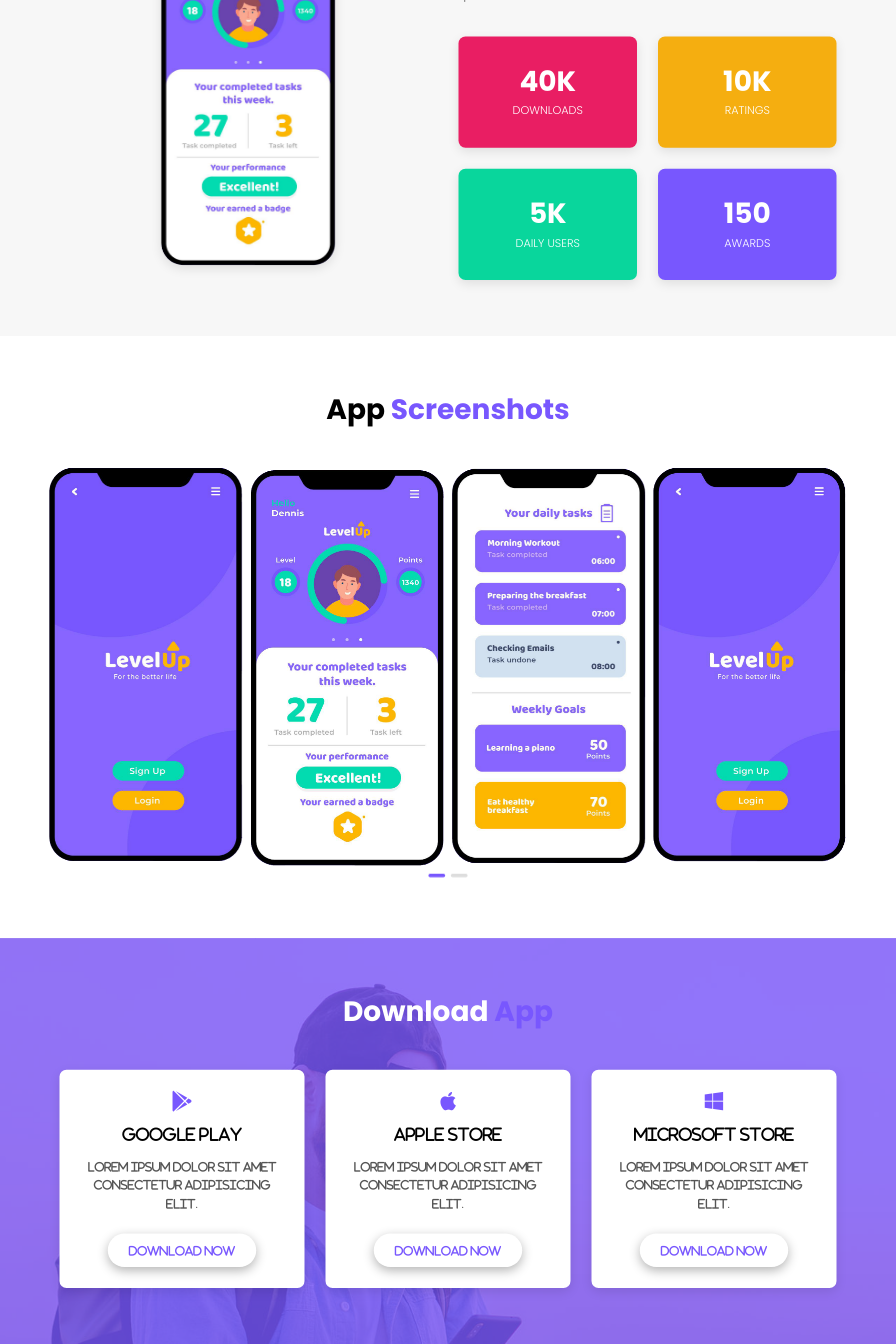
Repository: Mohamed-Hema/Shala-App
Page: index.html
These files come from the project's save history. The page is drawn as it stood at one moment and after the next save; the edit follows.
The browser window is 1280 px wide. The pictures show the part of the page from y = 1653 to 3573 px (the page is 3573 px tall), at 70% of full size.
Backgrounds fixed to the window are drawn as part of the page. Some web libraries are served in a nearby version.

Above is the page before, as saved 2021-02-21 21:40:18.

### index.html
<!DOCTYPE html>
<html lang="zxx">
<head>
  <title>Shala - App Landing Page</title>
  <meta charset="utf-8">
  <meta name="viewport" content="width=device-width, initial-scale=1">
  <!-- owl carousel css -->
  <link rel="stylesheet" href="css/owl.carousel.min.css">
  <!-- font awesome icons -->
  <script src="https://kit.fontawesome.com/794108ad0e.js" crossorigin="anonymous"></script>
  <!-- bootstrap css -->
  <link rel="stylesheet" href="css/bootstrap.min.css">
  <!-- main css -->
  <link rel="stylesheet" href="css/style.css">
</head>
<body>

  <!-- Start NavBar -->
  <nav class="navbar navbar-expand-md fixed-top">
    <div class="container">
      <!-- Brand -->
      <a class="navbar-brand" href="#">Shala App</a>

      <!-- Toggler/collapsibe Button -->
      <button class="navbar-toggler" type="button" data-toggle="collapse" data-target="#collapsibleNavbar">
        <span class="navbar-toggler-icon"></span>
      </button>

      <!-- Navbar links -->
      <div class="collapse navbar-collapse" id="collapsibleNavbar">
        <ul class="navbar-nav ml-auto">
          <li class="nav-item">
            <a class="nav-link active" href="#">Home</a>
          </li>
          <li class="nav-item">
            <a class="nav-link" href="#">Features</a>
          </li>
          <li class="nav-item">
            <a class="nav-link" href="#">Screenshots</a>
          </li>
          <li class="nav-item">
            <a class="nav-link" href="#">Testimonials</a>
          </li>
          <li class="nav-item">
            <a class="nav-link" href="#">Pricing</a>
          </li>
          <li class="nav-item">
            <a class="nav-link" href="#">Contact</a>
          </li>
        </ul>
      </div>
    </div>
  </nav>

  <!-- End NavBar -->
  <!-- Start Home Section -->
  <section class="home d-flex align-items-center">
    <div class="effect-wrap">
      <i class="fas fa-plus effect effect-1"></i>
      <i class="fas fa-plus effect effect-2"></i>
      <i class="fas fa-circle-notch effect effect-3"></i>
    </div>
    <div class="container">
      <div class="row align-items-center">
        <div class="col-md-7">
          <div class="home-text">
            <h1>Best Mobile App Template for your Business</h1>
            <p>Lorem, ipsum dolor sit amet consectetur adipisicing elit. Ratione soluta, expedita explicabo culpa et vero. Cumque facere harum aliquid.</p>
            <div class="home-btn">
              <a href="#" class="btn btn-1">Download App</a>
              <button type="button" class="btn btn-1 video-play-btn">
                <i class="fas fa-play"></i>
              </button>
            </div>
          </div>
        </div>
        <div class="col-md-5 text-center">
          <div class="home-img">
            <div class="circle"></div>
            <img src="img/app-screenshots/1.png" alt="First App Screen">
          </div>
        </div>
      </div>
    </div>
  </section>
  <!-- End Home Section -->
  <!-- Start Video PopUp -->
  <div class="video-popup">
    <div class="video-popup-inner">
      <i class="fas fa-times video-popup-close"></i>
      <div class="iframe-box">
        <iframe id="player-1" src="https://www.youtube.com/embed/o1eY1MPcRQs" allow="accelerometer; autoplay; clipboard-write; encrypted-media; gyroscope; picture-in-picture" allowfullscreen></iframe>
      </div>
    </div>
  </div>
  <!-- End Video PopUP -->
  <!-- Start Features Section -->
  <section class="features section-padding">
    <div class="container">
      <div class="row justify-content-center">
        <div class="col-lg-8">
          <div class="section-title">
            <h2>Awesome <span>Features</span></h2>
          </div>
        </div>
      </div>
      <div class="row">
        <div class="owl-carousel features-carousel">
          <div class="feature-item">
            <div class="icon"><i class="fas fa-code"></i></div>
            <h3>Clean Code</h3>
            <p>Lorem ipsum dolor sit amet consectetur adipisicing elit. Delectus doloremque rerum omnis ratione! Voluptatum minima dicta alias.</p>
          </div>
          <div class="feature-item">
            <div class="icon"><i class="fas fa-edit"></i></div>
            <h3>Auto Install System</h3>
            <p>Lorem ipsum dolor sit amet consectetur adipisicing elit. Delectus doloremque rerum omnis ratione! Voluptatum minima dicta alias.</p>
          </div>
          <div class="feature-item">
            <div class="icon"><i class="fas fa-code"></i></div>
            <h3>Beautiful Code</h3>
            <p>Lorem ipsum dolor sit amet consectetur adipisicing elit. Delectus doloremque rerum omnis ratione! Voluptatum minima dicta alias.</p>
          </div>
          <div class="feature-item">
            <div class="icon"><i class="fas fa-check"></i></div>
            <h3>Fast Load App</h3>
            <p>Lorem ipsum dolor sit amet consectetur adipisicing elit. Delectus doloremque rerum omnis ratione! Voluptatum minima dicta alias.</p>
          </div>
          <div class="feature-item">
            <div class="icon"><i class="fas fa-desktop"></i></div>
            <h3>Responsive Design</h3>
            <p>Lorem ipsum dolor sit amet consectetur adipisicing elit. Delectus doloremque rerum omnis ratione! Voluptatum minima dicta alias.</p>
          </div>

        </div>
      </div>
    </div>
  </section>

  <!-- End Features Section -->
  <!-- Start Fun Facts Section -->
  <section class="fun-facts section-padding">
    <div class="container">
      <div class="row">
        <div class="col-lg-6 col-md-5 d-flex align-items-center justify-content-center">
          <div class="fun-facts-img">
            <img src="img/app-screenshots/2.png" alt="Fun Facts">
          </div>
        </div>
        <div class="col-lg-6 col-md-7">
          <div class="section-title">
            <h2>Fun <span>Facts</span></h2>
          </div>
          <div class="fun-facts-text">
            <p>Lorem ipsum dolor sit amet consectetur adipisicing elit. At excepturi quibusdam id nisi reiciendis.</p>
            <div class="row">
              <div class="col-sm-6">
                <div class="fun-fact-item style-1">
                  <h3>40K</h3>
                  <span>Downloads</span>
                </div>
              </div>
              <div class="col-sm-6">
                <div class="fun-fact-item style-2">
                  <h3>10K</h3>
                  <span>Ratings</span>
                </div>
              </div>
              <div class="col-sm-6">
                <div class="fun-fact-item style-3">
                  <h3>5K</h3>
                  <span>daily users</span>
                </div>
              </div>
              <div class="col-sm-6">
                <div class="fun-fact-item style-4">
                  <h3>150</h3>
                  <span>Awards</span>
                </div>
              </div>
            </div>
            </div>
          </div>
        </div>
      </div>
    </div>
  </section>

  <!-- End Fun Facts Section -->
  <!-- Start App Screenshots Section -->
  <section class="app-screenshots section-padding">
    <div class="container">
      <div class="row justify-content-center">
        <div class="col-lg-8">
          <div class="section-title">
            <h2>App <span>Screenshots</span></h2>
          </div>
        </div>
      </div>
      <div class="row">
        <div class="owl-carousel screensots-carousel">
          <div class="screenshots-item">
            <img src="img/app-screenshots/1.png" alt="Screenshot">
          </div>
          <div class="screenshots-item">
            <img src="img/app-screenshots/2.png" alt="Screenshot">
          </div>
          <div class="screenshots-item">
            <img src="img/app-screenshots/3.png" alt="Screenshot">
          </div>
          <div class="screenshots-item">
            <img src="img/app-screenshots/1.png" alt="Screenshot">
          </div>
          <div class="screenshots-item">
            <img src="img/app-screenshots/2.png" alt="Screenshot">
          </div>

        </div>
      </div>
    </div>
  </section>

  <!-- End App Screenshots Section -->
  <!-- Start App Downlaod Section -->
  <section class="app-download section-padding">
    <div class="container">
      <div class="row justify-content-center">
        <div class="col-lg-8">
          <div class="section-title">
            <h2>Download <span>App</span></h2>
          </div>
        </div>
      </div>
      <div class="row justify-content-center">
        <div class="col-lg-4 col-md-6">
          <div class="app-download-item">
            <i class="fab fa-google-play">
              <h3>Google Play</h3>
              <p>Lorem ipsum dolor sit amet consectetur adipisicing elit.</p>
              <a href="#" class="btn btn-2">Download Now</a>
            </i>
          </div>
        </div>
        <div class="col-lg-4 col-md-6">
          <div class="app-download-item">
            <i class="fab fa-apple">
              <h3>Apple Store</h3>
              <p>Lorem ipsum dolor sit amet consectetur adipisicing elit.</p>
              <a href="#" class="btn btn-2">Download Now</a>
            </i>
          </div>
        </div>
        <div class="col-lg-4 col-md-6">
          <div class="app-download-item">
            <i class="fab fa-windows">
              <h3>Microsoft Store</h3>
              <p>Lorem ipsum dolor sit amet consectetur adipisicing elit.</p>
              <a href="#" class="btn btn-2">Download Now</a>
            </i>
          </div>
        </div>
      </div>
    </div>
  </section>
  <!-- End App Downlaod Section -->

<!-- jquery js -->
<script src="js/jquery.min.js"></script>
<!-- popper js -->
<script src="js/popper.min.js"></script>
<!-- bootstrap js -->
<script src="js/bootstrap.min.js"></script>
<!-- owl carousel js -->
<script src="js/owl.carousel.min.js"></script>
<!-- ScrollIt js -->
<script src="js/scrollIt.min.js"></script>
<!-- main js -->
<script src="js/main.js"></script>
</body>
</html>

### css/style.css
/* Start Global Styles */
@import url('https://fonts.googleapis.com/css2?family=Poppins:wght@300;400;500;600;700;800;900&display=swap');

*{
    margin: 0;
    padding: 0;
    outline: none!important;
}

:root{
    --main-color: #7857fe;
    --color-1: #e91e63;
    --color-2: #f5ae10;
    --color-3: #09d69c;
    --bg-dark: #2b2c2f;
    --main-to-dark-color: var(--main-color);
    --dark-to-main-color: var(--bg-dark);
    --shadow-black-100: 0 5px 15px rgba(0,0,0,.1);
    --shadow-black-300: 0 5px 15px rgba(0,0,0,.3);
    --black-900: #000;
    --black-400: #555555;
    --black-100: #f7f7f7;
    --black-000: #fff;
    --black-alpha-100: rgba(0,0,0,0.05);
}

body{
    font-family: 'Poppins', sans-serif;
    font-size: 16px;
    font-weight: 400;
    overflow-x: hidden;
    background-color: #fff;
    line-height: 1.5;
}
img{
    max-width: 100%;
    vertical-align: middle;
}
ul{
    list-style: none;
}
.btn-1{
    background-color: #fff;
    padding: 12px 30px;
    border: none;
    border-radius: 30px;
    color: var(--main-color);
    font-size: 16px;
    transition: all .5s ease;
    box-shadow: var(--shadow-black-300);
    font-weight: 500;
}
.btn-1:focus{
    box-shadow: var(--shadow-black-300);
}
.btn-1:hover{
    color: #fff;
    background-color: var(--main-color);
}
.btn-2{
    background-color: #fff;
    padding: 12px 30px;
    border: none;
    border-radius: 30px;
    color: var(--main-color);
    font-size: 16px;
    transition: all .5s ease;
    box-shadow: var(--shadow-black-300);
    font-weight: 500;
}
.btn-2:focus{
    box-shadow: var(--shadow-black-300);
}
.btn-2:hover{
    color: #fff;
    background-color: var(--main-color);
}


@keyframes spin_01{
    0%{
        transform: rotate(0deg);
    }
    100%{
        transform: rotate(360deg);
    }
}
@keyframes bounceTop_01{
    0%, 100%{
        transform: translateY(-30px);
    }
    50%{
        transform: translateY(0px);
    }
}
@keyframes pulse_01{
    0%{
        transform: scale(0.94);
        box-shadow: 0 0 0 0 rgba(255,255,255,0.7);
    }
    70%{
        transform: scale(1);
        box-shadow: 0 0 0 12px rgba(255,255,255,0);
    }
    100%{
        transform: scale(0.94);
        box-shadow: 0 0 0 0 rgba(255, 255, 255, 0);
    }
}
.effect-wrap .effect{
    position: absolute;
    z-index: -1;
}
.effect-wrap .effect-1{
    left: 20%;
    top: 20%;
    font-size: 20px;
    color: var(--color-2);
    animation: spin_01 5s linear infinite;
}
.effect-wrap .effect-2{
    right: 5%;
    top: 10%;
    font-size: 25px;
    color: rgba(255, 255, 255, .5);
    animation: spin_01 7s linear infinite;
}
.effect-wrap .effect-3{
    left: 5%;
    bottom: 30%;
    font-size: 25px;
    color: var(--color-3);
    animation: bounceTop_01 3s linear infinite;
}
.section-padding{
    padding: 80px 0;
}
.section-title h2{
    font-size: 40px;
    color: var(--black-900);
    font-weight: 700;
    text-align: center;
    margin: 0;
}
.section-title{
    margin-bottom: 60px;
}
.section-title h2 span{
    color: var(--main-color);
}
.owl-carousel .owl-dots{
    color: var(--main-color);
}
.owl-carousel .owl-dots{
    text-align: center;
}
.owl-carousel .owl-dots .active{
    background-color: var(--main-color);
}
.owl-carousel button.owl-dot{
    height: 5px;
    width: 24px;
    background-color: #ddd;
    display: inline-block;
    margin: 0 4px;
    border-radius: 5px;
}
/* End Global Styles */
/* Start Navbar */
.navbar{
    background-color: transparent;
    padding: 20px 0;
    transition: all .5s ease;
}
.navbar.navbar-shrink{
    box-shadow: 0 10px 10px rgba(0, 0, 0, .1);
    background-color: var(--main-color);
    padding: 10px 0;
}
.navbar > .container{
    padding: 0 15px;
}
.navbar .navbar-brand{
    font-size: 30px;
    color: #fff;
    font-weight: 500;
}
.navbar .nav-item{
    margin-left: 40px;
}
.navbar .nav-item .nav-link{
    color: #fff;
    font-size: 16px;
    font-weight: 400;
    padding: 5px 0;
    position: relative;
}
.navbar .nav-item .nav-link::before{
    content: '';
    position: absolute;
    left: 0;
    right: 0;
    bottom: 0;
    height: 1px;
    background-color: #fff;
    transition: all .5s ease;
    transform: scale(0);
}
.navbar .nav-item .nav-link.active::before,
.navbar .nav-item .nav-link:hover::before{
    transform: scale(1);
}
.navbar .nav-item .nav-link:hover.active::before{
    transform: scale(0);
}
/* End Navbar */
/* Start Home Section */
.home{
    min-height: 100vh;
    padding: 150px 0;
    background-color: var(--main-to-dark-color);
    border-radius: 0 0 200px 0;
    position: relative;
    z-index: 1;
}
.home-text h1{
    font-size: 45px;
    font-weight: 700;
    color: #fff;
    margin: 0 0 20px;
}
.home-text p{
    font-size: 18px;
    line-height: 28px;
    color: #fff;
    margin: 0;
    font-weight: 300;
}
.home .home-btn{
    margin-top: 40px;
}
.home .home-btn .video-play-btn:hover{
    animation: none;
    box-shadow: var(--shadow-black-300);
}
.home .home-btn .video-play-btn{
    margin-left: 30px;
    height: 50px;
    width: 50px;
    padding: 0;
    font-size: 16px;
    animation: pulse_01 2s ease infinite;
}
.home .home-btn .video-play-btn i{
    line-height: 50px;
}
.home-img img{
    max-width: 250px;
    width: 100%;
    box-shadow: var(--shadow-black-100);
    border-radius: 32px;
    animation: bounceTop_01 3s ease infinite;
}

.home-img{
    position: relative;
}
.home-img .circle{
    position: absolute;
    z-index: 1;
    height: 400px;
    width: 400px;
    border: 1px solid rgba(255, 255, 255, .2);
    border-radius: 50%;
    top: 50%;
    left: 50%;
    transform: translate(-50%, -50%);
}
.home-img .circle::before{
    content: '';
    position: absolute;
    height: 60px;
    width: 60px;
    background-color: rgba(255, 255, 255, .4);
    border-radius: 50%;
    left: 30px;
    top: 30px;
    transform-origin: 170px 170px;
    animation: spin_01 10s linear infinite;
}
/* Video PopUP */
.video-popup{
    padding: 30px;
    position: fixed;
    left: 0;
    top: 0;
    width: 100%;
    height: 100%;
    z-index: 1999;
    background-color: rgba(0,0,0,.7);
    display: flex;
    align-items: center;
    justify-content: center;
    opacity: 0;
    visibility: hidden;
    transition: all .5s ease;
}
.video-popup.open{
    opacity: 1;
    visibility: visible;
}
.video-popup-inner{
    width: 100%;
    max-width: 900px;
    position: relative;
}
.video-popup .video-popup-close{
    position: absolute;
    right: 0;
    top: -30px;
    height: 30px;
    width: 30px;
    font-size: 16px;
    text-align: center;
    line-height: 30px;
    cursor: pointer;
    color: #fff;

}
.video-popup .iframe-box{
    height: 0;
    overflow-x: hidden;
    padding-top: 56.25%;
}
.video-popup #player-1 {
    position: absolute;
    left: 0;
    top: 0;
    width: 100%;
    height: 100%;
    border: 0;
}
/* End Home Section */
/* Start Features Section */
.features .feature-item{
    box-shadow: var(--shadow-black-100);
    margin: 15px;
    padding: 30px;
    border-radius: 10px;
    text-align:center;
    position: relative;
    z-index: 1;
    overflow: hidden;
}
.features .feature-item::after,
.features .feature-item::before{
    content: '';
    position: absolute;
    z-index: -1;
    border-radius: 50%;
    transition: all .5s ease;
    opacity: 0;
}
.features .feature-item::before{
    height: 20px;
    width: 20px;
    background-color: var(--color-1);
    left: -20px;
    top: 40%;
}
.features .feature-item::after{
    height: 30px;
    width: 30px;
    background-color: var(--color-2);
    left: -30px;
    top: 80%;
}
.features .feature-item .icon{
    height: 60px;
    width: 60px;
    margin: 0 auto 30px;
    text-align: center;
    font-size: 30px;
    color: var(--main-color);
    position: relative;
    z-index: 1;
    transition: all .5s ease;
    cursor: pointer;
}
.features .feature-item .icon::before{
    content: '';
    position: absolute;
    left: 100%;
    top: 0;
    width: 100%;
    height: 100%;
    background-color: var(--main-color);
    transition: all .5s ease;
    z-index: -1;
    opacity: 0;
}
.features .feature-item:hover .icon{
    color: #fff;
    font-size: 20px;
}
.features .feature-item:hover .icon::before{
    left: 0;
    border-radius: 50%;
    opacity: 1;

}
.features .feature-item .icon i{
    line-height: 60px;
}
.features .feature-item h3{
    font-size: 22px;
    margin: 0 0 20px;
    color: var(--black-900);
    font-weight: 500;
}
.features .feature-item .icon p{
    font-size: 16px;
    line-height: 26px;
    font-weight: 300;
    color: var(--black-400);
    margin: 0 0 15px;
}
/* End Features Section */
/* Start Fun Facts Section */
.fun-facts{
    background-color: var(--black-100);
}
.fun-facts-img img{
    max-width: 250px;
    width: 100%;
    box-shadow: var(--shadow-black-100);
    border-radius: 32px;
    animation: bounceTop_01 3s ease infinite;
}
.fun-facts .section-title{
    margin-bottom: 20px;
}

.fun-facts .section-title h2{
    text-align: left;
}
.fun-facts-text p{
    font-size: 16px;
    line-height: 26px;
    color: var(--black-400);
    margin: 0 0 15px;
    font-weight: 300;
}
.fun-fact-item{
    padding: 40px 30px;
    text-align: center;
    box-shadow: var(--shadow-black-100);
    border-radius: 10px;
    margin-top: 30px;
    color: #fff;
}
.fun-fact-item h3{
    font-size: 40px;
    font-weight: 700;
    margin: 0 0 5px;
}
.fun-fact-item span{
    font-size: 16px;
    text-transform: uppercase;
    font-weight: 300;
    margin: 0;
    line-height: 26px;
    display: block;
}
.fun-fact-item.style-1{
    background-color: var(--color-1);
}
.fun-fact-item.style-2{
    background-color: var(--color-2);
}
.fun-fact-item.style-3{
    background-color: var(--color-3);
}
.fun-fact-item.style-4{
    background-color: var(--main-color);
}
/* End Fun Facts Section */
/* Start App Screenshots Section */
.screenshot-item{
    margin: 15px;
}
.screenshot-item img{
    width: 100%;
    max-width: 250px;
    display: block;
    margin: auto;
}

/* End App Screenshots Section */
/* Start App Downlaod Section */
.app-download{
    background-image: url(../img/download-app-bg.jpg);
    background-position: center top;
    background-attachment: fixed;
    background-repeat: no-repeat;
    position: relative;
    z-index: 1;
}
.app-download .section-title h2{
    color: #fff;
}
.app-download::before{
    content: '';
    position: absolute;
    left: 0;
    top: 0;
    width: 100%;
    height: 100%;
    z-index: -1;
    background-color: var(--main-to-dark-color);
    opacity: 0.8;
}
.app-download-item{
    background-color: var(--black-000);
    padding: 30px;
    text-align: center;
    border-radius: 10px;
    box-shadow: var(--shadow-black-100);
}
.app-download-item i {
    font-size: 30px;
    color: var(--main-color);
    display: inline-block;
}
.app-download-item h3 {
    font-size: 22px;
    color: var(--black-900);
    margin: 20px 0;
    font-weight: 500;
}
.app-download-item p {
    font-size: 16px;
    color: var(--black-400);
    font-weight: 300;
    margin: 0 0 30px;
    line-height: 26px;
}



/* End App Downlaod Section */

### js/main.js
// import $ from "jQuery";
$(document).ready(function() {
    // NavBar Shrink
    $(window).on("scroll", function() {
        if($(this).scrollTop() > 90) {
            $(".navbar").addClass("navbar-shrink");
        } else {
            $(".navbar").removeClass("navbar-shrink");
        }
    });
    // Video popUP
    const vdeoSrc = $("#player-1").attr("src");
    $(".video-play-btn, .video-popup").on("click", function() {
        if($(".video-popup").hasClass("open")) {
            $(".video-popup").removeClass("open");
            $("#player-1").attr("src", "");
        } else {
            $(".video-popup").addClass("open");
            if($("#player-1").attr("src")==''){
                $("#player-1").attr("src", videoSrc);
            }
        }
    });
    // Features Carousel
    $('.features-carousel').owlCarousel({
        loop:true,
        margin:10,
        responsiveClass:true,
        responsive:{
            0:{
                items:1,
            },
            600:{
                items:2,
            },
            1000:{
                items:3,

            }
        }
    })

    // App ScreenShots Carousel
    $('.screensots-carousel').owlCarousel({
        loop:true,
        margin:10,
        responsiveClass:true,
        responsive:{
            0:{
                items:1,
            },
            600:{
                items:2,
            },
            1000:{
                items:4,

            }
        }
    })
});

Loaded but not shown: css/owl.carousel.min.css (library); css/bootstrap.min.css (library); js/jquery.min.js (library); js/popper.min.js (library); js/bootstrap.min.js (library); js/owl.carousel.min.js (library); js/scrollIt.min.js (common file)

After the next save:
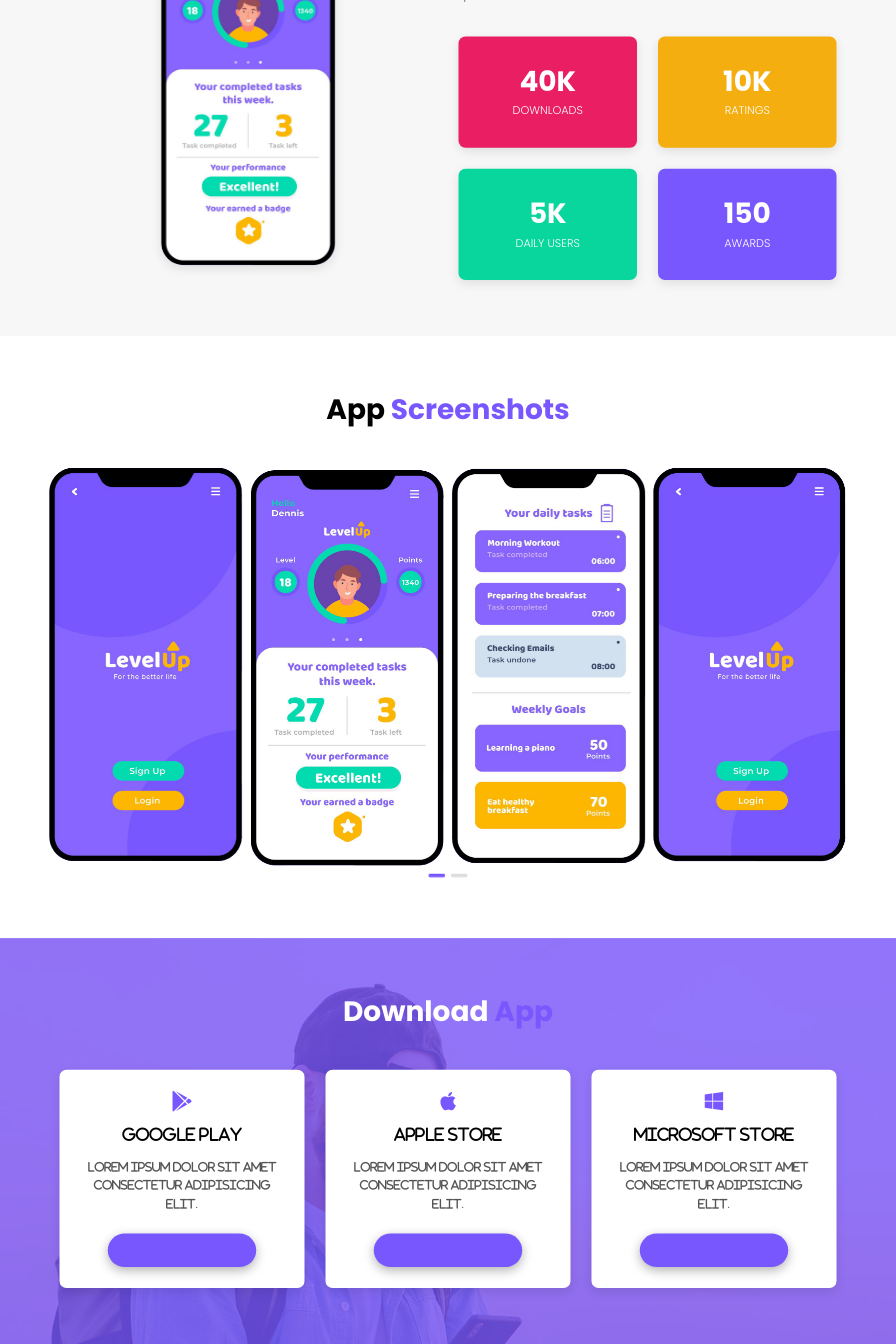
Saved 12 s later.
--- a/css/style.css
+++ b/css/style.css
@@ -58,7 +58,7 @@ ul{
     background-color: var(--main-color);
 }
 .btn-2{
-    background-color: #fff;
+    background-color: var(--main-color);
     padding: 12px 30px;
     border: none;
     border-radius: 30px;
